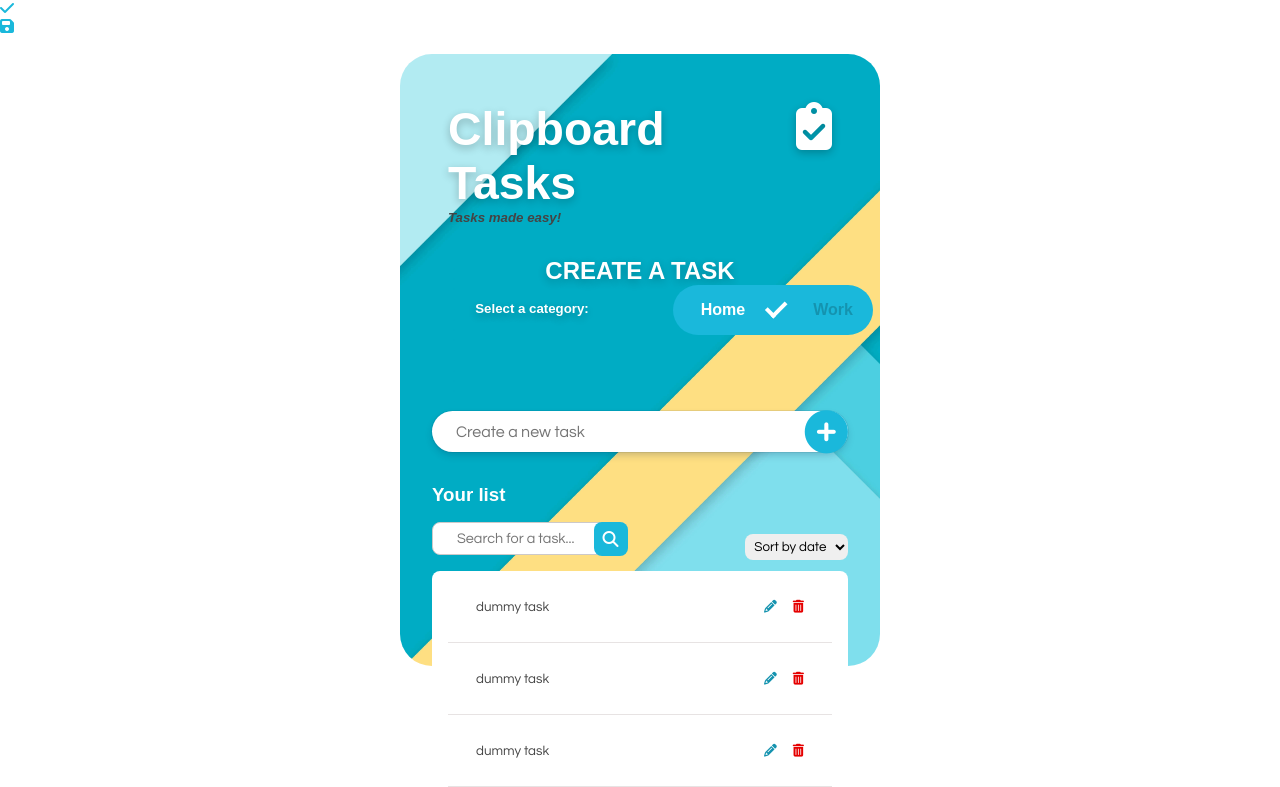
Repository: WesleyErasmus/Todo-App
Page: todoApp.html
The author's editor kept a copy of each file at every save. The page is drawn from the files as they stood at one save, then again after the next save.
The browser window is 1280 px wide. The pictures show the whole page.
Some web fonts or font styles are not loaded; a fallback is used. Some web libraries are served in a nearby version.

Above is the page before, as saved 2022-06-12 17:20:18.

### todoApp.html
<!DOCTYPE html>
<html lang="en">
<head>
    <meta charset="UTF-8">
    <meta http-equiv="X-UA-Compatible" content="IE=edge">
    <meta name="viewport" content="width=device-width, initial-scale=1.0">
    <title>Todo App</title>
    <script src="https://kit.fontawesome.com/81ea498f91.js" crossorigin="anonymous"></script>
    <link rel="stylesheet" href="/source/css/todoApp.css">
    <script src="/source/script/todoApp.js" defer></script>
</head>
<body>
    <!-- App wrapper -->
    <main class="app-wrapper">
        <!-- App header -->
        <header>
            <div>
            <h1 class="slogan">Clipboard Tasks</h1>
            <h5 class="slogan-2"><em>Tasks made easy!</em></h5>
            </div>
            <div id="jumbotron-logo"><i class="fa-solid fa-clipboard-check fa-3x"></i></div>
        </header>

        <h2 id="create-task-heading">CREATE A TASK</h2>

        <!-- Categories section -->
        <section>
        <form id="todo-list-form">
           <div class="test">

            <h5 class="category-heading">Select a category:</h5>

            <div class="toggle-radio">
                <input type="radio" name="rdo" id="yes" checked>
                <input type="radio" name="rdo" id="no">
                <div class="switch">
                  <label for="yes">Home</label>
                  <label for="no">Work</label>
                  <span></span>
                </div>
              </div>

            </div>
            <!-- <div class="category-selectors"> -->
                <!-- Personal category (make to assign as default, unless user selects work category) -->
                <!-- <label id="personal-label-btn">
                    <input type="radio" name="category" value="Personal" id="personal-category" />
                    <div>Personal</div>
                </label> -->
                <!-- Work category -->
                <!-- <label id="work-label-btn">
                    <input type="radio" name="category" value="Work" id="work-category" />
                    <div>Work</div>
                </label>
            </div> -->
            <!-- End of radio categories div -->
            <div class="create-submit">
            <input type="text" name="create-task" id="create-task" placeholder="Create a new task" />
            <button id="task-submit-btn" type="submit" value="create-new-task">
                <i class="fa-solid fa-circle-plus"></i>
            </button>
        </div>
        </form>
        </section>

        <!-- Task list is created here, new tasks are outputted below -->
        <section class="todo-list-output">
            <div id="list-header">
            <h3>Your list</h3>
            </div>
            <!-- SEARCH BAR -->
            <div id="search-filter-section">
                <form id="search-bar">
                <input type="text"
                id="search-bar"
                placeholder="Search for a task...">
                <button type="submit"><i class="fa fa-search"
                id="search-submit-btn"></i></button>
                </form>
                <!-- Classic filter dropdown -->
                <div>
                    <select name="filter" id="filter">
                    <option value="Date">Sort by date</option>
                    <option value="Name">Sort by title</option>
                    </select>
                    <!-- <i class="fa-solid fa-arrow-down-wide-short"></i> -->
                </div>

                </div>
            <!-- Actual task list output -->
            <div class="tasks" id="tasks">

                <div class="dummy-task">

                    <div class="task-name">
                        <input type="text"
                        class="text"
                        value="dummy task"
                        readonly>
                        <div class="edit-delete">
                            <button class="edit"><i class="fa-solid fa-pencil"></i></button>
                            <button class="delete"><i class="fa fa-trash" aria-hidden="true"></i></button>
                        </div>
                    </div>
                </div>

                <div class="dummy-task">

                    <div class="task-name">
                        <input type="text"
                        class="text"
                        value="dummy task"
                        readonly>
                        <div class="edit-delete">
                            <button class="edit"><i class="fa-solid fa-pencil"></i></button>
                            <button class="delete"><i class="fa fa-trash" aria-hidden="true"></i></button>
                        </div>
                    </div>
                </div>

                <div class="dummy-task">

                    <div class="task-name">
                        <input type="text"
                        class="text"
                        value="dummy task"
                        readonly>
                        <div class="edit-delete">
                            <button class="edit"><i class="fa-solid fa-pencil"></i></button>
                            <button class="delete"><i class="fa fa-trash" aria-hidden="true"></i></button>
                        </div>
                    </div>
                </div>

            </div>

        </section>

    </main> <!-- End of App wrapper -->
        <!-- Save icon and task complete icon -->
                <li><i class="fa-solid fa-check"></i></li>
                <li><i class="fa-solid fa-floppy-disk"></i></li>

</body>
</html>

### source/css/todoApp.css
@import url('https://fonts.googleapis.com/css2?family=Lexend+Tera:wght@100&family=Questrial&display=swap');


/* CSS Variables */
:root {
    --background-color: #fff;
    --primary: #1AB8DB;
    --secondary: #1593AF;
    --delete: #E50000;
    --grey: #ccc9c9;
    --dark-grey: #444444;

    --text-shadows: text-shadow: rgba(0, 0, 0, 0.24) 0px 3px 8px;
    --box-shadows: box-shadow: rgba(9, 30, 66, 0.25) 0px 4px 8px -2px, rgba(9, 30, 66, 0.08) 0px 0px 0px 1px;

    /* add linear gradients */
}

/* Universal selector styling */
* {
    box-sizing: border-box;
    margin: 0;
    padding: 0;
    font-family: 'Lexend Tera', sans-serif;
    list-style: none;
}

/* Below will remove input and checkbox default styling */
input:not([type="radio"]):not([type="checkbox"]), button {
	appearance: none;
	border: none;
	outline: none;
	background: none;
	cursor: initial;
}

/* *** UNIVERSAL BUTTON STYLING *** */
button {
	appearance: none;
	border: none;
	outline: none;
	background: none;
	cursor: initial;
    cursor: pointer;
}

body {
    background-color: var(--background-color);
    color: var(--primary);
}

main {
    padding-top: 2rem;
    background-color: var(--secondary);
    background-image: url(/images/bg-1.jpg);
    background-size: cover;
    background-position: center;
    background-repeat: no-repeat;
    border-radius: 2rem;
    padding-left: 2rem;
    padding-right: 2rem;
    flex: 1 1 0%;
    align-items: center;
    justify-content: center;
    max-width: 480px;
    height: 85vh;
    width: 100%;
    position: absolute;
    top: 50%;
    left: 50%;
    margin-right: -50%;
    transform: translate(-50%, -50%)
}

section {
    margin-top: 1rem;
    margin-bottom: 2rem;
}

header {
    display: flex;
    justify-content: space-between;
    padding: 1rem;
    border-radius: 1rem;
    /* add gradient color to font and logo */
}
.slogan {
    color: #fff;
    font-family: 'Lexend Tera', sans-serif;
    font-size: 2.9rem;
    text-shadow: rgba(0, 0, 0, 0.24) 0px 3px 8px;
    /* -webkit-background-clip: text;
    -webkit-text-fill-color: transparent; */
}
.slogan-2 {
    color: #444444;
}

#jumbotron-logo {
    color: #fff;
    text-shadow: rgba(0, 0, 0, 0.24) 0px 3px 8px;
}
/* create task H3 styling*/
#create-task-heading {
    color: var(--background-color);
    margin-top: 1rem;
    text-align: center;
    text-shadow: rgba(0, 0, 0, 0.24) 0px 3px 8px;
}
/* Select category h2 styling */
.category-heading {
    color: var(--background-color);
    text-align: center;
    margin-bottom: 0.75rem;
    text-shadow: rgba(0, 0, 0, 0.24) 0px 3px 8px;
}

/* Work / personal category selector styling */
.category-selectors {
    display: grid;
    grid-template-columns: repeat(2, 1fr);
    grid-gap: 1rem;
    margin-bottom: 1rem;
}

label {
    font-family: 'Karla', sans-serif;
    font-weight: 590;
}

.category-selectors label{
    display: flex;
    flex-direction: column;
    justify-content: center;
    align-items: center;
    background-color: var(--primary);
    padding: 1rem 2rem;
    border-radius: 999999px;
    color: #fff;
    box-shadow: var(--box-shadows);
}

/* change the below id to #work-category-btn */
#work-label-btn {
    font-family: 'Karla', sans-serif;
    background-color: var(--grey);
}

#create-task {
    margin-top: 75px;
    font-family: 'Questrial', sans-serif;
	display: block;
	width: 100%;
	font-size: 1rem;
	padding: 0.79rem 1.5rem;
    padding-right: 0rem;
	color: var(--dark-grey);
	background-color: var(--background-color);
    box-shadow: rgba(9, 30, 66, 0.25) 0px 4px 8px -2px, rgba(9, 30, 66, 0.08) 0px 0px 0px 1px;
    border-radius: 9999px;

}

/* change to task add btn */
#task-submit-btn{
    position: absolute;
    display: block;
    right: 0rem;
    bottom: -0.5px;
    border: none;
    background-color: transparent;
    color: var(--primary);
}

.fa-circle-plus {
    font-size: 2.7rem;
}

/* add gradient color to fa-logo */

.create-submit {
    position: relative;
    display: flex;
    justify-content: center;
    align-items: center;
    text-align: center;
    margin-top: 0.5rem;
}

.create-task {
    text-align: center;
}

#list-header {
width: 80%;
display: flex;
justify-content: space-between;
margin-bottom: 1rem;
color: #fff;
}

#search-filter-section {
    display: flex;
    margin: 0 auto;
    justify-content: space-between;
    margin-top: 1rem;
    text-align: center;
    align-items: center;
}

#search-bar {
    position: relative;
    display: flex;
    justify-content: center;
    align-items: center;
    width: 47%;
}

#search-bar input{
    font-family: 'Questrial', sans-serif;
	display: block;
	width: 100%;
	font-size: 0.9rem;
	padding: 0.50rem 1.5rem;
    padding-right: 0rem;
	color: var(--dark-grey);
	background-color: var(--background-color);
    border: 0.1px solid var(--grey);
    border-radius: 0.5rem;
    margin-bottom: 1rem;
}

#search-submit-btn {
    position: absolute;
    display: block;
    right: 0rem;
    top: 0;
    background-color: var(--primary);
    border-top-left-radius: 0.5rem;
    border-bottom-left-radius: 0.5rem;
    border-top-right-radius: 0.5rem;
    border-bottom-right-radius: 0.5rem;
    padding: 0.56rem;
    color: #fff;
}

/* Font-awesome search icon styling */
.fa-search {
    font-size: 1rem;
    color: var(--primary);
}

/* Filter styling */
.filter {
    font-family: 'Questrial', sans-serif;
    font-size: 1.1rem;
    font-weight: 500;
    color: var(--secondary);
    text-shadow: var(--text-shadows);
}

.fa-arrow-down-wide-short {
    color: var(--primary);
}

select {
    margin-left: 0.3rem;
    padding: 0.3rem;
    border: none;
    outline: 0;
    /* border: 1px var(--grey) solid; */
    border-radius: 0.5rem;
    font-family: 'Questrial', sans-serif;
    box-shadow: var(--box-shadows);
}
option {
    font-family: 'Questrial', sans-serif;
}

#tasks {
    border-radius: 0.5rem;
    background-color: #fff;
}

#tasks .task-name {
    display: flex;
    justify-content: space-between;
    background-color: var(--background-color);
    padding: 1.75rem;
    background-color: #fff;
    margin-bottom: 0rem;
    margin: 0 1rem;
    border-bottom: 0.01px solid rgba(229, 225, 225, 0.919);
}

.dummy-task .task-name {
    flex: 1 1 0%;
}

.dummy-task .task-name .text {
    color: var(--dark-grey);
    font-family: 'Questrial', sans-serif;
    width: 100%;
    display: block;
    transition: 0.4s;
}

.dummy-task .edit-delete {
    display: flex;
    margin: 0 -0.5rem;

}

/* Edit button styling */

.fa-pencil {
    color: var(--secondary);
}

.fa-trash {
    color: var(--delete);
}

.dummy-task .edit-delete button {
    cursor: pointer;
    margin: 0 0.5rem;
    font-size: 0.8rem;
    font-weight: 700;
    text-transform: uppercase;
    transition: 0.4s;
}



/* CATEGORY TOGGLE */

.test {
    display: grid;
    grid-template-columns: repeat(2, 1fr);
    grid-gap: 1rem;
    margin-bottom: 1rem;
    margin: 0 auto;
}

.toggle-radio {
    position: relative;
}

.switch {
    position: absolute;
    top: 50%;
    left: 50%;
    width: 200px;
    height: 50px;
    text-align: center;
    margin: -30px 0 0 -75px;
    background: var(--primary);
    transition: all 0.2s ease;
    border-radius: 9999px;
  }
  .switch span {
    position: absolute;
    width: 20px;
    height: 4px;
    top: 50%;
    left: 50%;
    margin: -2px 0px 0px -4px;
    background: #fff;
    display: block;
    transform: rotate(-45deg);
    transition: all 0.2s ease;
  }
  .switch span:after {
    content: "";
    display: block;
    position: absolute;
    width: 4px;
    height: 12px;
    margin-top: -8px;
    background: #fff;
    transition: all 0.2s ease;
  }
  input[type=radio] {
    display: none;
  }
  .switch label {
    cursor: pointer;
    color: rgba(0,0,0,0.2);
    width: 80px;
    line-height: 50px;
    transition: all 0.2s ease;
  }
  label[for=yes] {
    position: absolute;
    left: 0px;
    height: 20px;
  }
  label[for=no] {
    position: absolute;
    right: 0px;
  }
  #no:checked ~ .switch {
    background: #eb4f37;
  }
  #no:checked ~ .switch span {
    background: #fff;
    margin-left: -8px;
  }
  #no:checked ~ .switch span:after {
    background: #fff;
    height: 20px;
    margin-top: -8px;
    margin-left: 8px;
  }
  #yes:checked ~ .switch label[for=yes] {
    color: #fff;
    /* change personal width here */
    width: 100px;
  }
  #no:checked ~ .switch label[for=no] {
    color: #fff;
  }

### source/script/todoApp.js
// *** FILTER BTN SCRIPT ***

/* When the user clicks on the button,
toggle between hiding and showing the dropdown content */
// function myFunction() {
//     document.getElementById("myDropdown").classList.toggle("show");
//   }

//   // Close the dropdown if the user clicks outside of it
//   window.onclick = function(event) {
//     if (!event.target.matches('.dropbtn')) {
//       var dropdowns = document.getElementsByClassName("dropdown-content");
//       var i;
//       for (i = 0; i < dropdowns.length; i++) {
//         var openDropdown = dropdowns[i];
//         if (openDropdown.classList.contains('show')) {
//           openDropdown.classList.remove('show');
//         }
//       }
//     }
//   }
//   *** END OF FILTER BUTTON ***

After the next save:
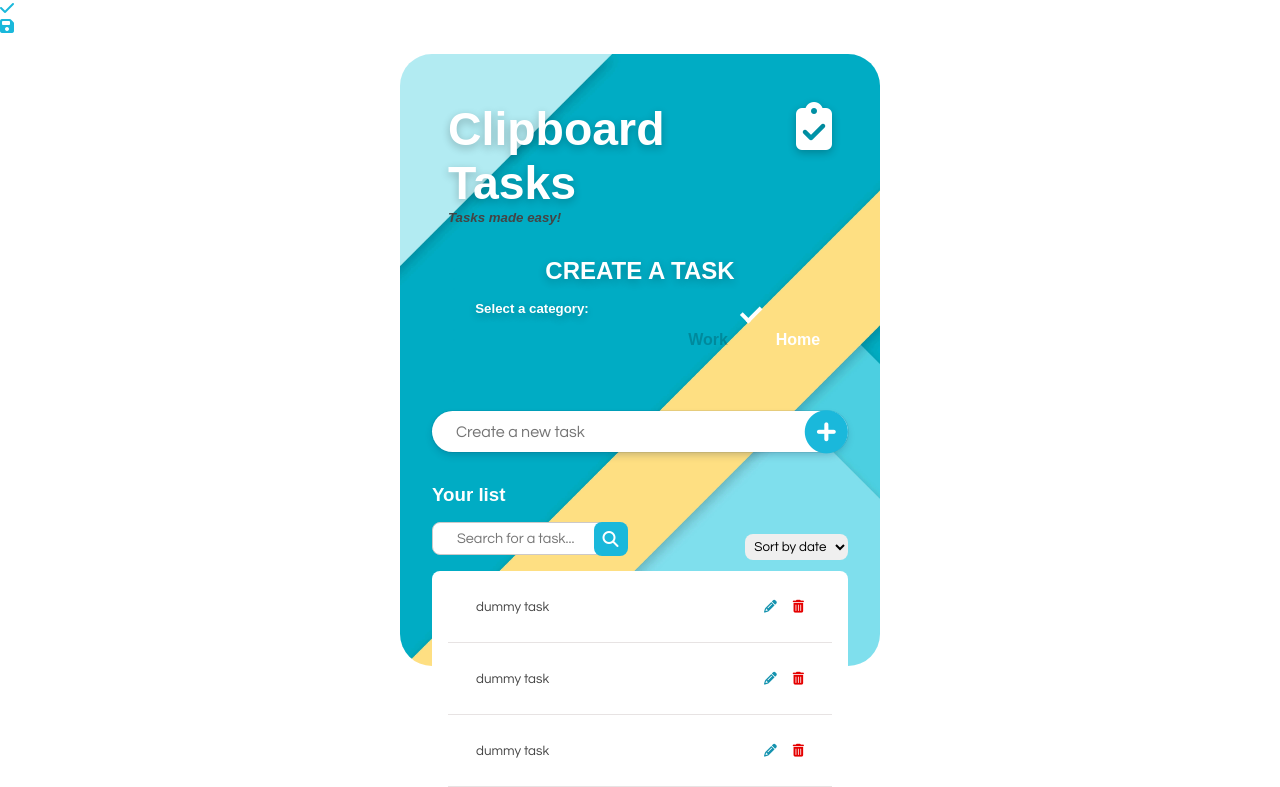
Saved 17 s later.
--- a/source/css/todoApp.css
+++ b/source/css/todoApp.css
@@ -350,10 +350,10 @@
     position: absolute;
     top: 50%;
     left: 50%;
-    width: 200px;
-    height: 50px;
-    text-align: center;
-    margin: -30px 0 0 -75px;
+    /* width: 200px;
+    height: 50px; */
+    text-align: center;
+    /* margin: -30px 0 0 -75px; */
     background: var(--primary);
     transition: all 0.2s ease;
     border-radius: 9999px;

After the save that followed:
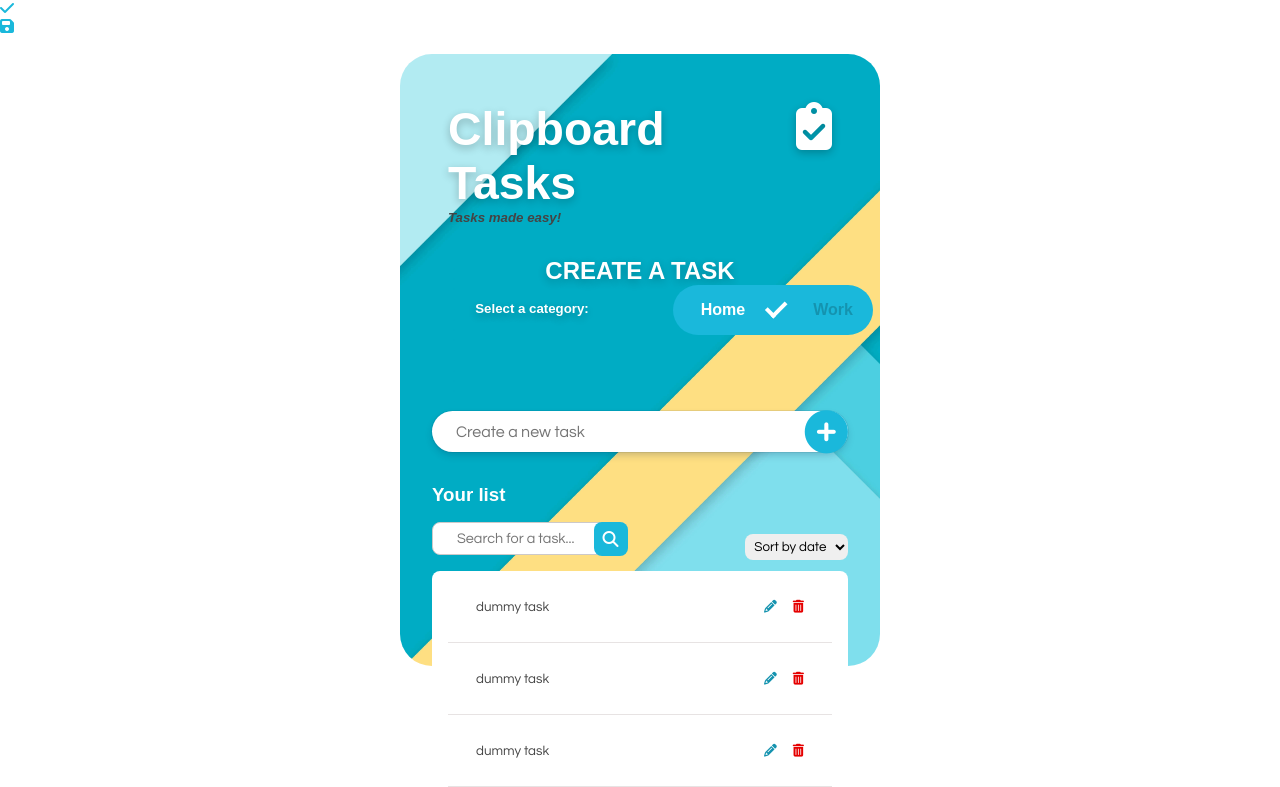
Saved 11 s later.
--- a/source/css/todoApp.css
+++ b/source/css/todoApp.css
@@ -350,10 +350,10 @@
     position: absolute;
     top: 50%;
     left: 50%;
-    /* width: 200px;
-    height: 50px; */
-    text-align: center;
-    /* margin: -30px 0 0 -75px; */
+    width: 200px;
+    height: 50px;
+    text-align: center;
+    margin: -30px 0 0 -75px;
     background: var(--primary);
     transition: all 0.2s ease;
     border-radius: 9999px;
